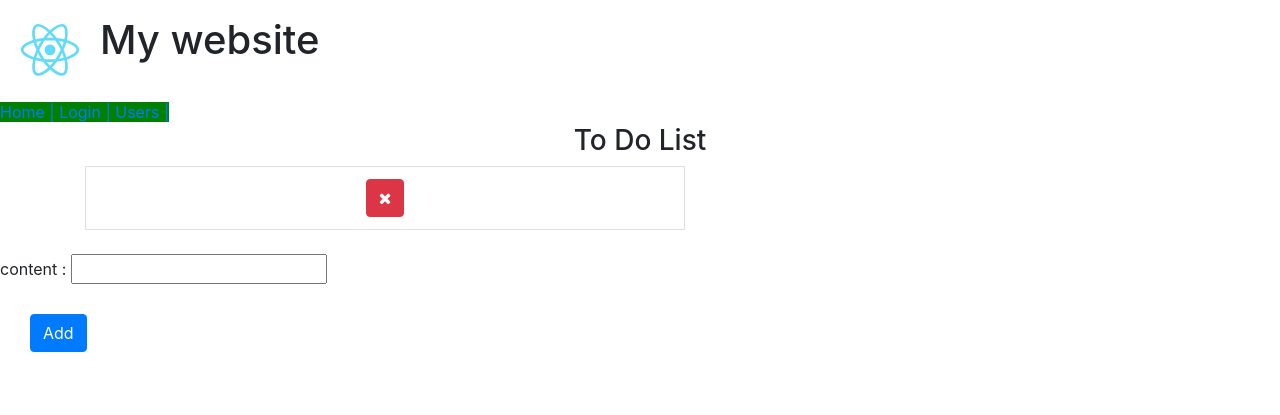
Repository: Marwa-Medhat/ReactJS-Labs
Page: / (app in myapp/), after clicking the first element matching `button.btn`
An editor plug-in stored every save of this project. The page is shown before and after the next save, followed by the edit.
The browser window is 1280 px wide. The pictures show the whole page.
The project was rebuilt for these pictures with package versions that can differ from the ones it lists, and the page was loaded fresh each time.

Above is the page before, as saved 2021-04-28 20:48:36.

After the next save:
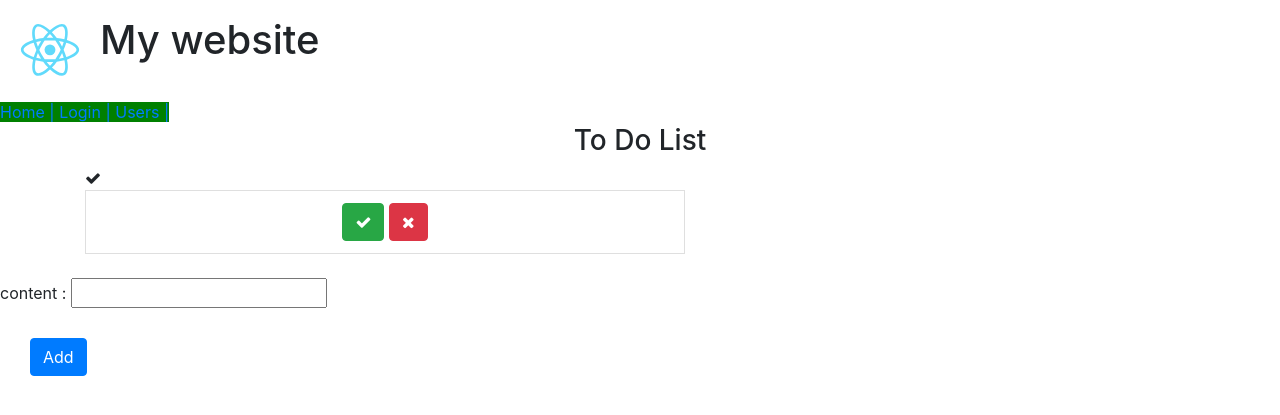
Saved 3 min 57 s later.
--- a/myapp/src/todo.js
+++ b/myapp/src/todo.js
@@ -90,7 +90,8 @@ class DisplayTask extends React.Component{
     // <i className="fa fa-times danger" ></i>
     render(){
         return <div>
-    <a href="#" class="list-group-item list-group-item-action " style={{width:600, textAlign:"center"}}>{this.props.content.content}   <button className="btn btn-danger"><i className="fa fa-times btn-danger" ></i></button></a>
+            <i class="fa fa-check" aria-hidden="true"></i>
+    <a href="#" class="list-group-item list-group-item-action " style={{width:600, textAlign:"center"}}>{this.props.content.content} <button className="btn btn-success"><i className="fa fa-check "></i></button>   <button className="btn btn-danger"><i className="fa fa-times btn-danger" ></i></button></a>
 
     </div>
     }
